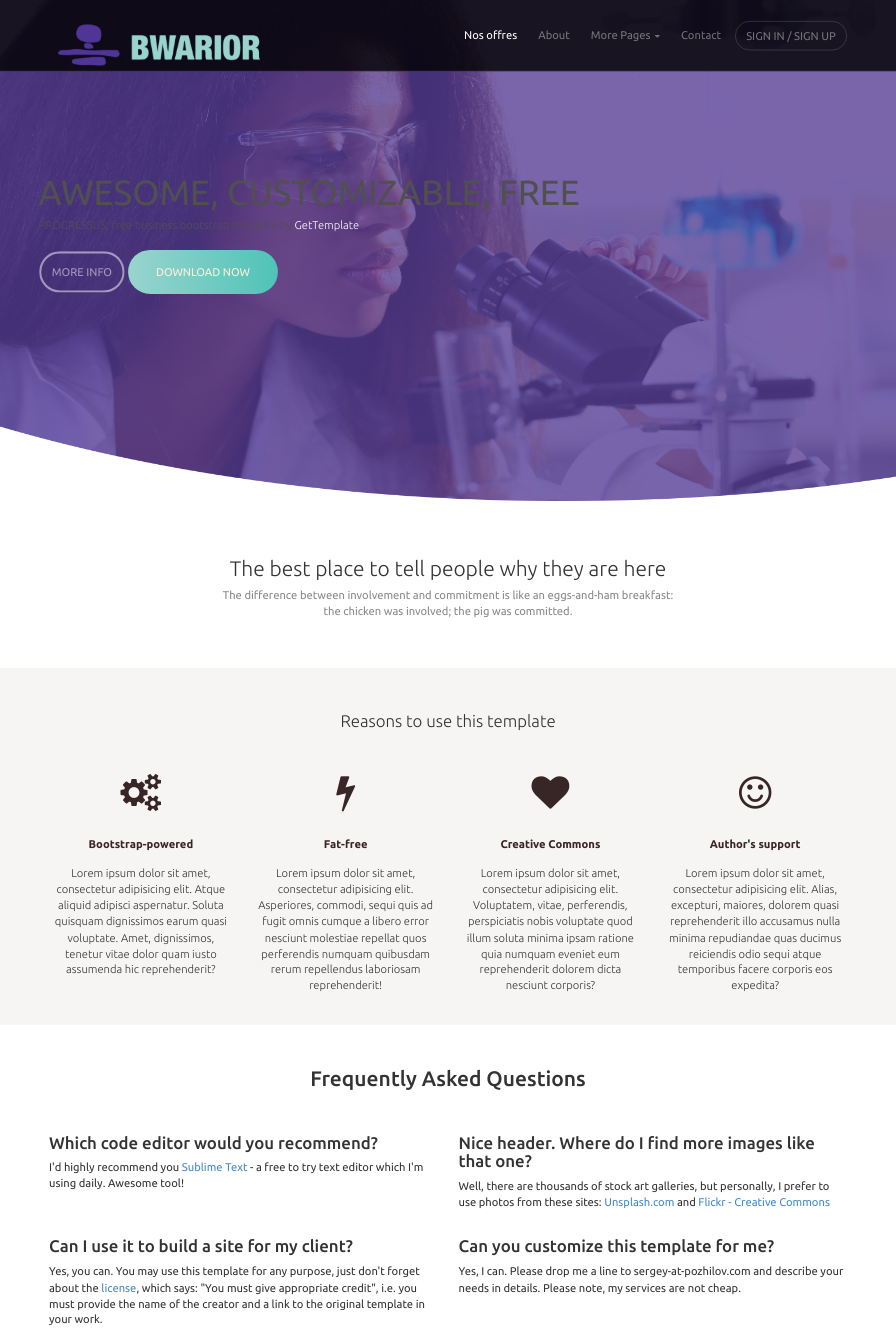
Repository: madaliou/bwarior
Page: index.html
The author's editor kept a copy of each file at every save. The page is drawn from the files as they stood at one save, then again after the next save.
The browser window is 1280 px wide. The pictures show the part of the page from y = 0 to 1920 px (the page is 2676 px tall), at 70% of full size.
Some web libraries are served in a nearby version.

Above is the page before, as saved 2020-09-01 07:11:26.

After the next save:
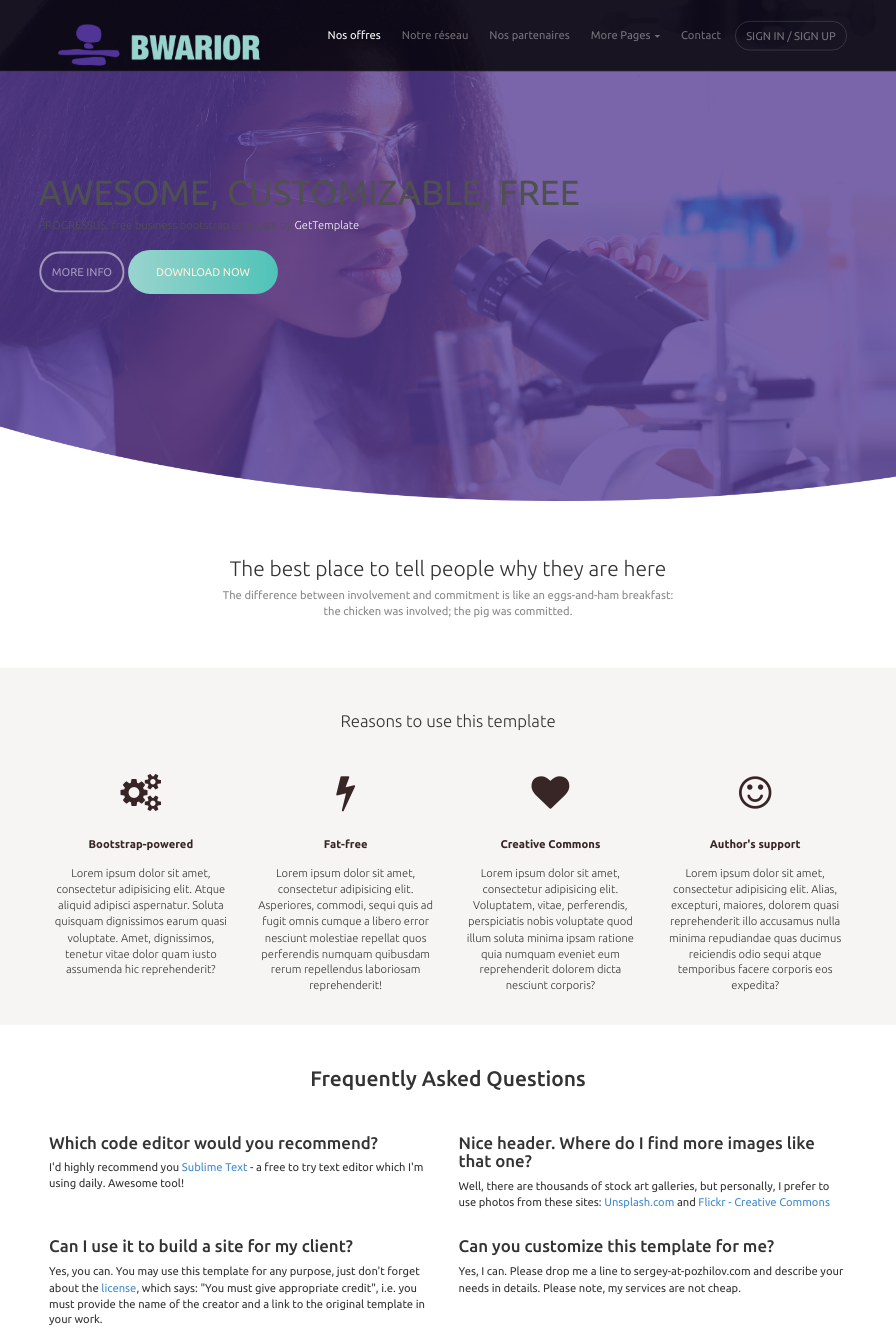
Saved 73 s later.
--- a/index.html
+++ b/index.html
@@ -37,7 +37,8 @@
 			<div class="navbar-collapse collapse">
 				<ul class="nav navbar-nav pull-right">
 					<li class="active"><a href="#">Nos offres</a></li>
-					<li><a href="about.html">About</a></li>
+					<li><a href="about.html">Notre réseau</a></li>
+					<li><a href="about.html">Nos partenaires</a></li>
 					<li class="dropdown">
 						<a href="#" class="dropdown-toggle" data-toggle="dropdown">More Pages <b class="caret"></b></a>
 						<ul class="dropdown-menu">
